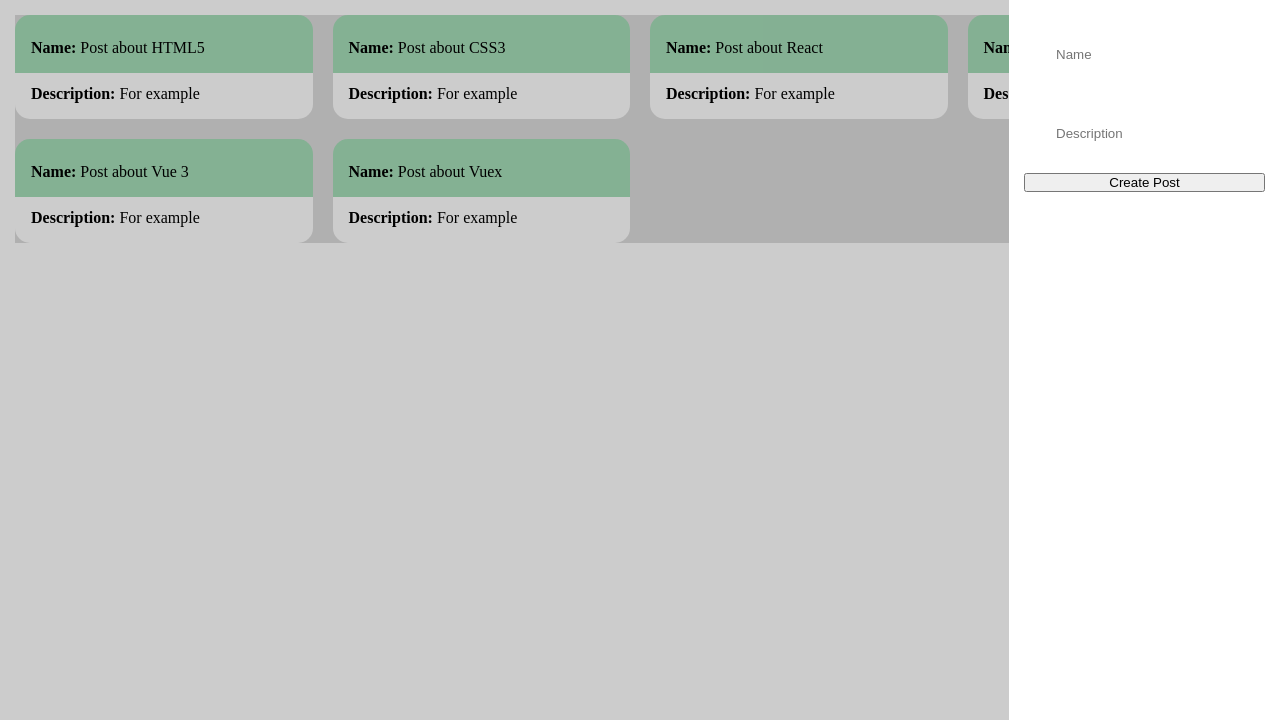
Repository: Axeliriya/vue-todo
Page: /
These files come from the project's save history. The page is drawn as it stood at one moment and after the next save; the edit follows.
The browser window is 1280 px wide. The pictures show the whole page.
The project was rebuilt for these pictures with package versions that can differ from the ones it lists, and the page was loaded fresh each time. Also part of the build but not shown: vue.config.js.

Above is the page before, as saved 2022-04-01 17:27:44.

### public/index.html
<!DOCTYPE html>
<html lang="">
  <head>
    <meta charset="utf-8">
    <meta name="viewport" content="width=device-width,initial-scale=1.0">
    <link rel="icon" href="<%= BASE_URL %>favicon.ico">
    <title>Todo</title>
  </head>
  <body>
    <div id="app"></div>
  </body>
</html>

### src/App.vue
<template>
  <div class="app">
    <div class="overlay">
      <div class="modal">
        <form class="form">
          <input class="input" type="text" placeholder="Name" />
          <input class="input" type="text" placeholder="Description" />
          <button class="button">Create Post</button>
        </form>
      </div>
    </div>
    <ul class="posts">
      <li class="post" v-for="post in posts">
        <div class="post__name"><strong>Name: </strong>{{ post.title }}</div>
        <div class="post__description">
          <strong>Description: </strong>{{ post.body }}
        </div>
      </li>
    </ul>
  </div>
</template>

<script>
export default {
  data() {
    return {
      posts: [
        { id: Date.now(), title: 'Post about HTML5', body: 'For example' },
        { id: Date.now() + 1, title: 'Post about CSS3', body: 'For example' },
        { id: Date.now() + 2, title: 'Post about React', body: 'For example' },
        { id: Date.now() + 3, title: 'Post about Redux', body: 'For example' },
        { id: Date.now() + 4, title: 'Post about Vue 3', body: 'For example' },
        { id: Date.now() + 5, title: 'Post about Vuex', body: 'For example' },
      ],
    };
  },
  methods: {},
};
</script>

<style>
* {
  margin: 0;
  padding: 0;
  box-sizing: border-box;
}

ul {
  list-style-type: none;
}

img {
  display: block;
  width: 100%;
  height: auto;
}

.app {
  padding: 15px;
}

.overlay {
  position: fixed;
  top: 0;
  left: 0;
  width: 100%;
  height: 100vh;
  background-color: rgb(0, 0, 0, 0.2);
  display: flex;
  justify-content: end;
}

.modal {
  padding: 15px;
  background-color: #fff;
}

.form {
  display: grid;
  grid-template-columns: 1fr;
}

.input {
  background-color: transparent;
  border: none;
  padding: 32px;
}

.posts {
  display: grid;
  grid-template-columns: repeat(4, 1fr);
  gap: 20px;
  background-color: gainsboro;
}

.post {
  border-radius: 15px;
}

.post__name {
  padding: 24px 16px 16px 16px;
  border-radius: 15px 15px 0 0;
  background-color: #a5ddb8;
}

.post__description {
  padding: 12px 16px 16px 16px;
  border-radius: 0 0 15px 15px;
  background-color: #ffffff;
}
</style>

Loaded but not shown: src/main.js (common file)

After the next save:
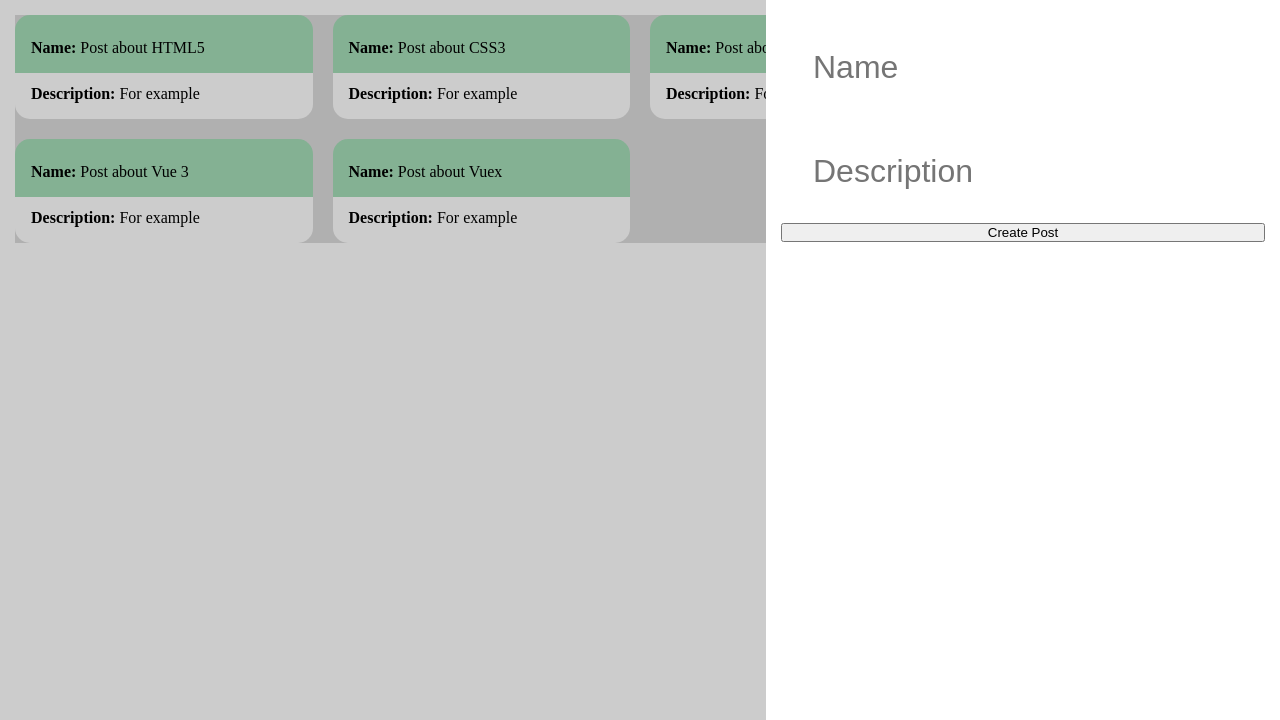
Saved 56 s later.
--- a/src/App.vue
+++ b/src/App.vue
@@ -84,6 +84,9 @@ img {
   background-color: transparent;
   border: none;
   padding: 32px;
+  font-weight: 400;
+  font-size: 32px;
+  line-height: 40px;
 }
 
 .posts {
